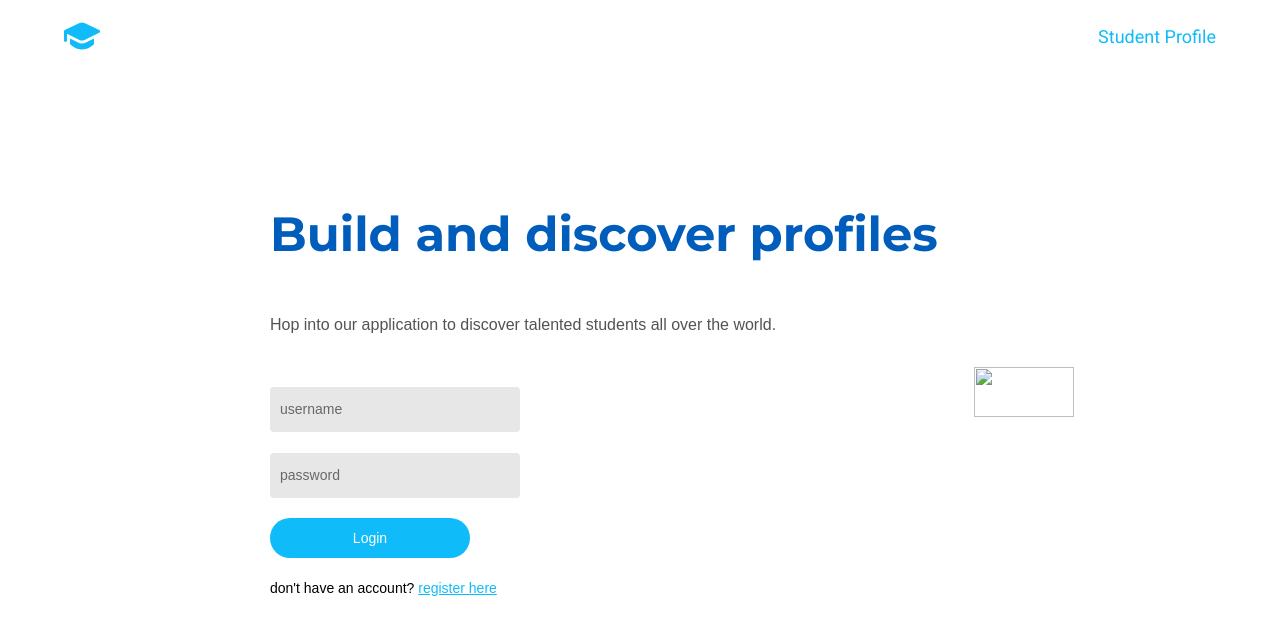
Repository: Mighil31/student_profile
Page: http://localhost/student_profile/jsp/login.jsp
An editor plug-in stored every save of this project. The page is shown before and after the next save, followed by the edit.
The browser window is 1280 px wide. The pictures show the whole page.
The page is served by Tomcat 9. Other server files are loaded and not shown. The template is opened directly, without the code that normally fills it, so the values that code supplies are empty.

Above is the page before, as saved 2021-10-28 14:34:55.

### student_profile/src/main/webapp/jsp/login.jsp
<%@ page language="java" contentType="text/html; charset=UTF-8"
	pageEncoding="UTF-8"%>
<%@ taglib uri="http://java.sun.com/jsp/jstl/core" prefix="c"%>
<html lang="en">
<head>
    <meta charset="UTF-8">
    <meta http-equiv="X-UA-Compatible" content="IE=edge">
    <meta name="viewport" content="width=device-width, initial-scale=1.0">
    <title>login</title>
    <style><%@include file="../styles/Login.css"%></style>

</head>
<body id="root">
    <div  class="LoginPage">
    <header>
        <div class="Logo">
            <svg width="48" height="36" viewBox="0 0 48 36" fill="none" xmlns="http://www.w3.org/2000/svg"> <path d="M20.64 0.755644C21.6903 0.258094 22.8379 0 24 0C25.1622 0 26.3098 0.258094 27.36 0.755644L46.856 9.99164C47.1956 10.1524 47.4831 10.4055 47.6855 10.7221C47.8879 11.0387 47.997 11.4059 48.0003 11.7816C48.0037 12.1573 47.9011 12.5264 47.7044 12.8465C47.5077 13.1667 47.2247 13.4249 46.888 13.5916L27.488 23.2156C26.404 23.7535 25.2102 24.0334 24 24.0334C22.7899 24.0334 21.5961 23.7535 20.512 23.2156L4.00002 15.0236V23.9996C4.00002 24.5301 3.78931 25.0388 3.41423 25.4139C3.03916 25.7889 2.53045 25.9996 2.00002 25.9996C1.46959 25.9996 0.96088 25.7889 0.585807 25.4139C0.210734 25.0388 2.03059e-05 24.5301 2.03059e-05 23.9996V11.9996V11.8996C-0.0185743 11.5043 0.0800979 11.1122 0.283639 10.7727C0.48718 10.4333 0.786511 10.1615 1.14402 9.99164L20.64 0.751644V0.755644ZM8.00002 21.4756V27.9996C8.00008 28.2627 8.05204 28.5232 8.15294 28.7662C8.25384 29.0092 8.40169 29.2299 8.58802 29.4156L8.59602 29.4276L8.68802 29.5116L8.92802 29.7356C10.1816 30.8529 11.5368 31.8506 12.976 32.7156C15.648 34.3196 19.508 35.9996 24 35.9996C28.492 35.9996 32.352 34.3196 35.028 32.7156C36.4672 31.8506 37.8225 30.8529 39.076 29.7356L39.316 29.5116L39.38 29.4476L39.404 29.4236L39.408 29.4196L39.416 29.4156C39.6016 29.2296 39.7487 29.0087 39.8489 28.7658C39.9492 28.5228 40.0005 28.2625 40 27.9996V21.4716L29.264 26.7996C27.6279 27.6111 25.8263 28.0332 24 28.0332C22.1737 28.0332 20.3722 27.6111 18.736 26.7996L8.00002 21.4716V21.4756Z" fill="#0FBCF9"/> </svg>
        </div>
        <a href="./About.html">Student Profile</a>
    </header>
    <div class="LeftPanel">
        <div class="Introtext">
            <h1>Build and discover profiles</h1>
            <p>
                Hop into our application to discover talented students all over the world.

            </p>
        </div>
        <form action="new" method="post" class="LoginForm">
            <div class="input-field">
              <input type="text" name ="userNam" id="uname" value="<c:out value='${student.firstName}' />" required />
              <label for="uname">username</label>
            </div>
            <div class="input-field">
                <input type="password" id="pwd" value="<c:out value='${student.password}' />" required />
                <label for="pwd">password</label>
            </div>
            <a class="LoginButton" href="./dashboard.html">
                Login
            </a>
            <div class="newUser">
                don't have an account?
                <a href="signup.html">register here</a>
            </div>
        </form>
    </div>
    <img src="../media/illustrations/login_image.png" height="50px" width="100px"></img>
    </div>


</body>
</html>

### student_profile/src/main/webapp/styles/Login.css
@import url("https://fonts.googleapis.com/css2?family=Roboto&display=swap");
@import url("https://fonts.googleapis.com/css2?family=Nunito:wght@500&display=swap");
@import url("https://fonts.googleapis.com/css2?family=Montserrat:wght@700&display=swap");
* {
  margin: 0%;
  padding: 0;
  -webkit-box-sizing: border-box;
          box-sizing: border-box;
  font-family: 'nuninto', sans-serif;
  font-size: 14px;
}

#root {
  width: 100%;
  height: 100%;
}

#root .LoginPage {
  width: 100%;
  height: 100vh;
  padding-top: 5%;
  display: -webkit-box;
  display: -ms-flexbox;
  display: flex;
  -webkit-box-pack: center;
      -ms-flex-pack: center;
          justify-content: center;
  -webkit-box-align: center;
      -ms-flex-align: center;
          align-items: center;
  text-align: center;
}

#root .LoginPage header {
  width: 100%;
  height: 10vh;
  position: fixed;
  top: 0;
  left: 0;
  display: -webkit-box;
  display: -ms-flexbox;
  display: flex;
  -webkit-box-pack: center;
      -ms-flex-pack: center;
          justify-content: center;
  -webkit-box-align: center;
      -ms-flex-align: center;
          align-items: center;
  text-align: center;
  -webkit-box-pack: justify;
      -ms-flex-pack: justify;
          justify-content: space-between;
  padding: 0 5% 0 5%;
}

#root .LoginPage header .Logo svg {
  width: 36px;
  height: 36px;
}

#root .LoginPage header a {
  font-family: 'Roboto';
  font-size: 18px;
  color: #0fbcf9;
  text-decoration: none;
}

#root .LoginPage .LeftPanel {
  width: 60%;
  height: 70%;
  display: -webkit-box;
  display: -ms-flexbox;
  display: flex;
  -webkit-box-pack: center;
      -ms-flex-pack: center;
          justify-content: center;
  -webkit-box-align: center;
      -ms-flex-align: center;
          align-items: center;
  text-align: center;
  -webkit-box-orient: vertical;
  -webkit-box-direction: normal;
      -ms-flex-direction: column;
          flex-direction: column;
  -webkit-box-pack: space-evenly;
      -ms-flex-pack: space-evenly;
          justify-content: space-evenly;
  -webkit-box-align: start;
      -ms-flex-align: start;
          align-items: flex-start;
  padding-left: 5%;
}

#root .LoginPage .LeftPanel .Introtext {
  width: 100%;
  height: 40%;
  display: -webkit-box;
  display: -ms-flexbox;
  display: flex;
  -webkit-box-pack: center;
      -ms-flex-pack: center;
          justify-content: center;
  -webkit-box-align: center;
      -ms-flex-align: center;
          align-items: center;
  text-align: center;
  -webkit-box-orient: vertical;
  -webkit-box-direction: normal;
      -ms-flex-direction: column;
          flex-direction: column;
  -ms-flex-pack: distribute;
      justify-content: space-around;
  -webkit-box-align: start;
      -ms-flex-align: start;
          align-items: flex-start;
}

#root .LoginPage .LeftPanel .Introtext h1 {
  color: #005dbb;
  font-size: 48px;
  text-align: left;
  font-family: 'Montserrat', sans-serif;
}

#root .LoginPage .LeftPanel .Introtext p {
  font-size: 16px;
  text-align: left;
  color: #535353;
}

#root .LoginPage .LeftPanel .LoginForm {
  width: 50%;
  height: 50%;
  display: -webkit-box;
  display: -ms-flexbox;
  display: flex;
  -webkit-box-pack: center;
      -ms-flex-pack: center;
          justify-content: center;
  -webkit-box-align: center;
      -ms-flex-align: center;
          align-items: center;
  text-align: center;
  -webkit-box-orient: vertical;
  -webkit-box-direction: normal;
      -ms-flex-direction: column;
          flex-direction: column;
  -ms-flex-pack: distribute;
      justify-content: space-around;
  -webkit-box-align: start;
      -ms-flex-align: start;
          align-items: flex-start;
}

#root .LoginPage .LeftPanel .LoginForm .newUser a {
  color: #0fbcf9;
}

#root .LoginPage .LeftPanel .LoginForm .LoginButton {
  width: 200px;
  height: 40px;
  background: #0fbcf9;
  color: white;
  display: -webkit-box;
  display: -ms-flexbox;
  display: flex;
  -webkit-box-pack: center;
      -ms-flex-pack: center;
          justify-content: center;
  -webkit-box-align: center;
      -ms-flex-align: center;
          align-items: center;
  text-align: center;
  cursor: pointer;
  -webkit-transition: 0.2s;
  transition: 0.2s;
  text-decoration: none;
  border-radius: 20px;
  z-index: 5;
}

#root .LoginPage .LeftPanel .LoginForm .LoginButton:hover {
  background: #005dbb;
  color: white;
}

#root .LoginPage .LeftPanel .LoginForm .input-field {
  position: relative;
  width: 250px;
  height: 44px;
  line-height: 44px;
}

#root .LoginPage .LeftPanel .LoginForm label {
  position: absolute;
  top: 0;
  left: 10px;
  color: #686868;
  -webkit-transition: 0.2s all;
  transition: 0.2s all;
  cursor: text;
}

#root .LoginPage .LeftPanel .LoginForm input {
  width: 100%;
  height: 45px;
  border: 0;
  outline: 0;
  padding-left: 10px;
  -webkit-box-shadow: none;
          box-shadow: none;
  color: #111;
  border-radius: 4px;
  background: #e7e7e7;
}

#root .LoginPage .LeftPanel .LoginForm input:invalid {
  outline: 0;
}

#root .LoginPage .LeftPanel .LoginForm input:focus,
#root .LoginPage .LeftPanel .LoginForm input:valid {
  border-color: #0fbcf9;
}

#root .LoginPage .LeftPanel .LoginForm input:focus ~ label,
#root .LoginPage .LeftPanel .LoginForm input:valid ~ label {
  font-size: 14px;
  top: -30px;
  left: 0;
  color: #0fbcf9;
}

.errorMessage{
  color:red;
}
/*# sourceMappingURL=Login.css.map */

Loaded but not shown: student_profile/src/main/java/student_profile/java/web/StudentServlet.java (508 lines, source omitted)

After the next save:
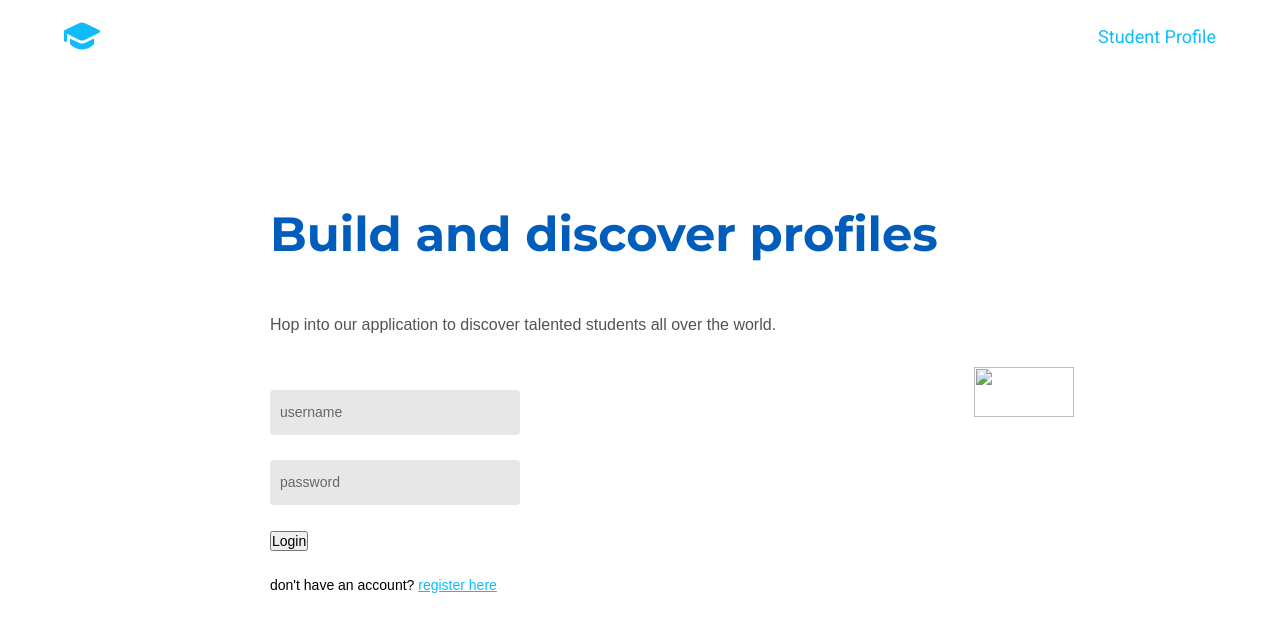
Saved 60 s later.
--- a/student_profile/src/main/webapp/jsp/login.jsp
+++ b/student_profile/src/main/webapp/jsp/login.jsp
@@ -35,9 +35,7 @@
                 <input type="password" id="pwd" value="<c:out value='${student.password}' />" required />
                 <label for="pwd">password</label>
             </div>
-            <a class="LoginButton" href="./dashboard.html">
-                Login
-            </a>
+            <button type="submit" class="btn btn-success">Login</button>
             <div class="newUser">
                 don't have an account?
                 <a href="signup.html">register here</a>
